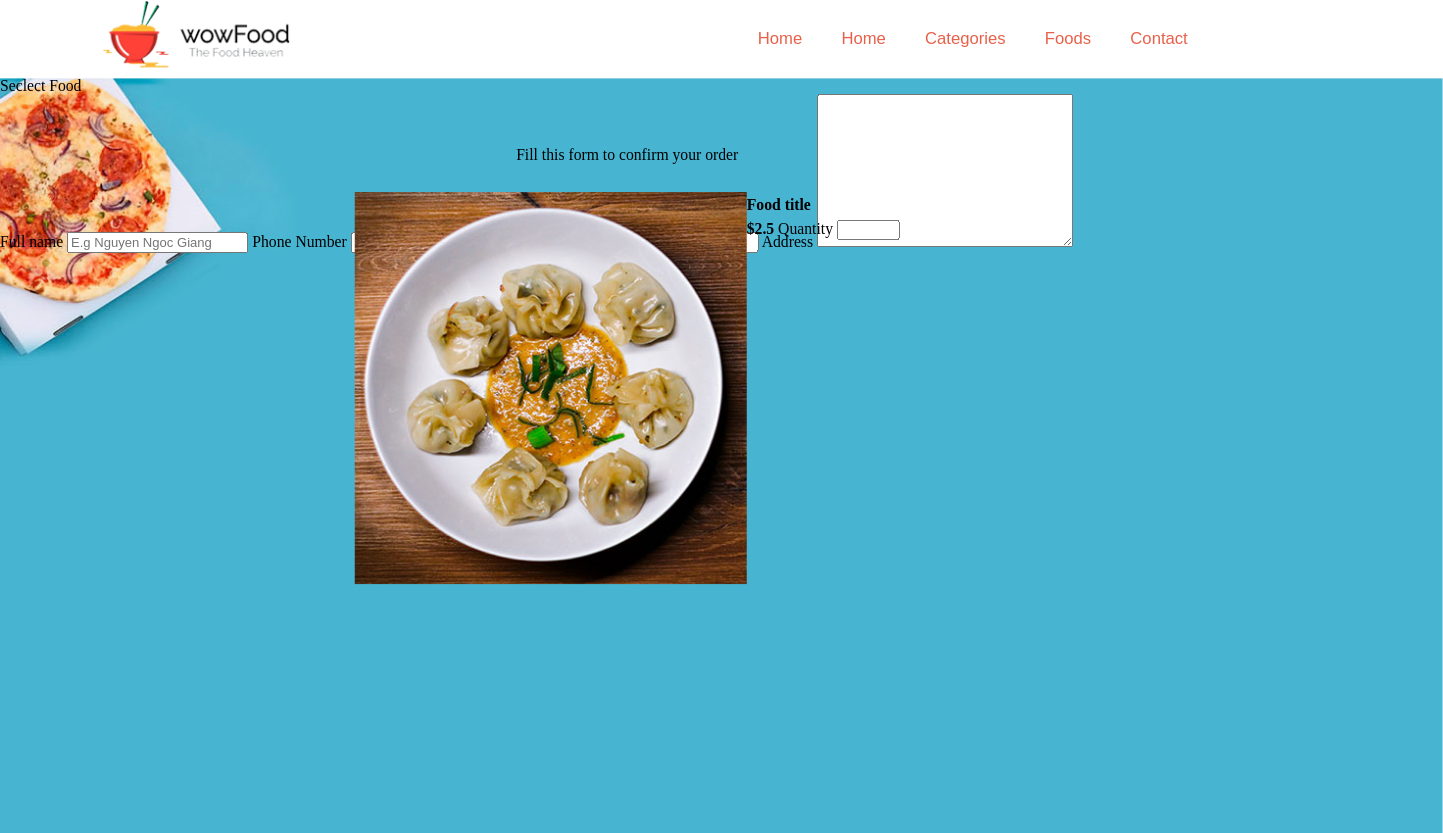
Repository: ruaruababa/WowFood
Page: order.html
The author's editor kept a copy of each file at every save. The page is drawn from the files as they stood at one save, then again after the next save.
The browser window is 1280 px wide. The page is 1472 px wide, so the pictures cover 1472 px, including what lies to the right of the window. The pictures show the whole page, at 98% of full size.

Above is the page before, as saved 2021-09-19 22:03:28.

### order.html
<!DOCTYPE html>
<html lang="en">

<head>
    <meta charset="UTF-8">
    <meta http-equiv="X-UA-Compatible" content="IE=edge">
    <meta name="viewport" content="width=device-width, initial-scale=1.0">
    <title>Order Food</title>
    <link rel="stylesheet" href="./style.css">
    <link rel="stylesheet" href="./reset.css">
    <link rel="stylesheet" href="./order.css">
</head>

<body>
    <nav>
        <input type="checkbox" id="check" />
        <label for="check" class="checkbtn">
            <i class="fas fa-bars"></i>
        </label>
        <label class="logo">
            <img src="./img/logo.png" alt="" class="img-logo" />
        </label>
        <ul class="navbar">
            <li><a class="active" href="#">Home</a></li>
            <li><a href="#">Home</a></li>
            <li><a href="#">Categories</a></li>
            <li><a href="#">Foods</a></li>
            <li><a href="#">Contact</a></li>
        </ul>
    </nav>
    <section id=section-order>
        <img src="./bgorder.jpg" alt="" class="bgr" style="position: absolute; z-index: -1;">
        <div class="container-order">
            <form action="">
                <h3 class="title-order">Fill this form to confirm your order</h3>
                <label for="" class="seclect">Seclect Food</label>
                <div class="container-seclect-food">
                    <div class="img-food">
                        <img src="./img/menu-momo.jpg" alt="" class="bgr-item" />
                    </div>
                    <div class="content-food">
                        <h6 class="title-item">Food title</h6>
                        <span class="price-item">$2.5</span>
                        <label for="" class="quantity">Quantity</label>
                        <input type="number" min="1" max="100">
                    </div>
                </div>
                <div class="container-delivery-title">
                    <lable class="full-name">Full name</lable>
                    <input type="text" placeholder="E.g Nguyen Ngoc Giang">
                    <lable class="phone-number">Phone Number</lable>
                    <input type="text" placeholder="E.g Nguyen Ngoc Giang">
                    <lable class="email">Email</lable>
                    <input type="text" placeholder="E.g Nguyen Ngoc Giang">
                    <lable class="Address">Address</lable>
                    <textarea name="address" id="" cols="30" rows="10"></textarea>


                </div>
            </form>
        </div>
    </section>
</body>

</html>

### style.css

li {
  text-decoration: none;
}

a {
  text-decoration: none;
}

nav {
  height: 80px;
  width: 100%;
}

label.logo {
  padding: 0 100px;
}

nav ul {
  float: right;
  margin-right: 50px;
}

nav ul li {
  display: inline-block;
  line-height: 80px;
  margin: 0 5px;
  font-family: "Poppins", sans-serif;
}

nav ul li a {
  color: #e7614a;
  font-size: 17px;
  padding: 7px 13px;
  border-radius: 3px;
}

.checkbtn {
  font-size: 30px;
  color: white;
  float: right;
  line-height: 80px;
  margin-right: 40px;
  cursor: pointer;
  display: none;
}

#check {
  display: none;
}

ul:hover li {
  filter: blur(3px);
  opacity: 0.5;
  transform: scale(0.98);
  box-shadow: none;
}

ul:hover li:hover {
  transform: scale(1.1);
  filter: blur(0px);
  opacity: 1;
  box-shadow: 0 8px 20px 0px rgba(0, 0, 0, 0.125);
}

.container-section-search {
  position: relative;
  text-align: center;
  margin-top: 15px;
}

.background-search {
  height: 250px;
}

.background-search img {
  height: inherit;
  width: 100%;
  object-fit: cover;
}

.form {
  width: 100%;
  position: absolute;
  top: 50%;
  left: 50%;
  transform: translate(-50%, -50%);
  height: 22px;
}

.input-search {
  width: 35%;
  height: inherit;
}

.btn-search {
  background-color: rgba(250, 59, 59, 0.849);
  border: none;
  border-radius: 5px;
  font-size: 14px;
  color: white;
  cursor: pointer;
  padding: 3px;
}

#section-collection {
  position: relative;
}

.container-section-collection {
  height: max-content;
}

.explore-food {
  padding-top: 70px;
  text-align: center;
  font-size: 24px;
  font-family: "Poppins", sans-serif;
}

.collection-food {
  width: 100%;
}

.list-food {
  margin-top: 50px;
  display: flex;
  justify-content: center;
  column-gap: 50px;
}

.list-food li {
  width: 330px;
  height: 400px;
  transition: 0.2s all;
}

.list-food li:hover {
  transform: scale(0.95);
}

.list-food li img {
  width: 100%;
  height: 100%;
  object-fit: cover;
  border-radius: 10px;
}

.list-food li span {
  font-family: "Poppins", sans-serif;
  display: block;
  font-size: 20px;
  text-align: center;
  color: #ffffff;
  margin-top: -50px;
}

article {
  background-color: #ececec;
}

.title-food-menu {
  padding-top: 70px;
  font-size: 24px;
  text-align: center;
  font-family: "Poppins", sans-serif;
}

.container-menu {
  padding-top: 50px;
  display: grid;
  grid-gap: 20px;
  grid-template-columns: repeat(auto-fit, minmax(550px, 1fr));
  grid-auto-rows: 180px;
  justify-items: center;
  font-family: "Poppins", sans-serif;
}

.container-item:nth-child(odd) {
  justify-self: end;
}

.container-item:nth-child(even) {
  justify-self: start;
}

.container-item {
  background-color: #ffffff;
  display: flex;
  align-items: center;
  border-radius: 15px;
}

.container-item img {
  width: 25%;
  height: 70%;
  object-fit: cover;
  border-radius: 15px;
  margin: 0 28px;
}

.container-item .item-content {
  width: 100%;
  height: 70%;
  object-fit: cover;
  border-radius: 15px;
  margin: 0 28px;
}

.item-content {
  display: inline-block;
}

.title-item {
  font-size: 16px;
  font-weight: bold;
  line-height: 25px;
}

.price-item {
  line-height: 25px;
  font-weight: bold;
}

.des-item {
  font-size: 14px;
  line-height: 20px;
  color: #747d9c;
}

.oder-item {
  text-decoration: none;
  background-color: #f56b81;
  color: white;
  border-radius: 5px;
  padding: 3px;
  display: inline-block;
}

.footer-food-menu {
  margin-top: 30px;
}

.see-all-foods {
  display: block;
  text-align: center;
  text-decoration: none;
  color: #f56b81;
  padding-bottom: 50px;
  font-family: "Poppins", sans-serif;
  transition: 0.2s all;
}

.see-all-foods:hover {
  text-decoration: underline;
  transform: scale(1.1);
}

.social-network-icon {
  display: flex;
  justify-content: center;
  margin-top: 30px;
}

.icon-insta {
  margin: 0 30px;
}

.license {
  margin-top: 40px;
  margin-bottom: 30px;
  font-family: "Poppins", sans-serif;
}

.license p {
  text-align: center;
}

.license p a {
  text-decoration: none;
  color: #e7614a;
}

@media (max-width: 952px) {
  label.logo {
    padding-left: 50px;
  }

  nav ul li a {
    font-size: 16px;
  }

  .container-item:nth-child(odd) {
    justify-self: center;
  }

  .container-item:nth-child(even) {
    justify-self: center;
  }
}

@media (max-width: 858px) {
  i {
    color: black;
  }

  .checkbtn {
    display: block;
  }

  .navbar {
    position: fixed;
    width: 100%;
    height: 250px;
    left: -100%;
    text-align: center;
    transition: all 0.5s;
    z-index: 2;
    background-color: #ffffff;
  }

  nav ul li {
    display: block;
    margin: 10px 0;
    line-height: 30px;
  }

  nav ul li a {
    font-size: 20px;
  }

  #check:checked ~ ul {
    left: 0;
  }

  .container-section-collection {
    height: max-content;
  }
}

section {
  position: relative;
}
@media (max-width: 858px) {
   .container-menu {
    padding-top: 50px;
    display: grid;
    grid-gap: 20px;
    grid-template-columns: repeat(auto-fit, minmax(550px, 1fr));
    grid-auto-rows: 180px;
    justify-items: center;
    font-family: "Poppins", sans-serif;
  }
}

@media (max-width: 414px) {
  label img {
    margin-left: -50px;
  }
  i.fa-bars {
    margin-right: -20px;
  }
  .navbar {
    position: fixed;
    width: 414px;
    height: 250px;
    left: -100%;
    text-align: center;
    transition: all 0.5s;
    z-index: 2;
    background-color: #ffffff;
  }

  nav ul li {
    display: block;
    margin: 10px 0;
    line-height: 30px;
  }

  nav ul li a {
    font-size: 20px;
  }

  #check:checked ~ ul {
    left: 0;
  }
  .list-food {
    display: flex;
    flex-direction: column;
    gap: 15px;
  }

  .item {
    align-self: center;
  }

  .container-menu {
    padding-top: 50px;
    display: grid;
    grid-gap: 20px;
    grid-template-columns: repeat(auto-fit, minmax(375px, 1fr));
    grid-auto-rows: 180px;
    justify-items: center;
    font-family: "Poppins", sans-serif;
  }
}

@media (max-width: 375px) {
  label img {
    margin-left: -50px;
  }
  i.fa-bars {
    margin-right: -20px;
  }
  .navbar {
    position: fixed;
    width: 375px;
    height: 250px;
    left: -100%;
    text-align: center;
    transition: all 0.5s;
    z-index: 2;
    background-color: #ffffff;
  }

  nav ul li {
    display: block;
    margin: 10px 0;
    line-height: 30px;
  }

  nav ul li a {
    font-size: 20px;
  }

  #check:checked ~ ul {
    left: 0;
  }

  .list-food {
    display: flex;
    flex-direction: column;
    gap: 15px;
  }

  .item {
    align-self: center;
  }

  .container-menu {
    padding-top: 50px;
    display: grid;
    grid-gap: 20px;
    grid-template-columns: repeat(auto-fit, minmax(375px, 1fr));
    grid-auto-rows: 180px;
    justify-items: center;
    font-family: "Poppins", sans-serif;
  }
  @media (max-width: 320px) {
  label img {
    margin-top: -70px;
    margin-left: -50px;
    padding-bottom: 10px;
  }
  i.fa-bars {
    margin-right: -20px;
    padding-top: 20px;
  }
  .navbar {
    position: fixed;
    width: 320px;
    height: 250px;
    left: -100%;
    text-align: center;
    transition: all 0.5s;
    z-index: 2;
    background-color: #ffffff;
    margin-top: -5px;
  }

  nav ul li {
    display: block;
    margin: 10px 0;
    line-height: 30px;
  }

  nav ul li a {
    font-size: 20px;
  }

  #check:checked ~ ul {
    left: 0;
  }

  .list-food {
    display: flex;
    flex-direction: column;
    gap: 15px;
  }

  .item {
    align-self: center;
  }

  .container-menu {
    padding-top: 50px;
    display: grid;
    grid-gap: 20px;
    grid-template-columns: repeat(auto-fit, minmax(319px, 1fr));
    grid-auto-rows: 180px;
    justify-items: center;
    font-family: "Poppins", sans-serif;
  }
}

/* article{
  position: relative;
  top: 200px;
} */

### order.css
.container-order{
    position: relative;
}
.title-order{
    position: absolute;
    left: 50%;
    transform: translateX(-50%);
    padding-top: 70px;
}
.container-seclect-food{
    display: flex;
    position: absolute;
    left: 50%;
    transform: translateX(-50%);
    margin-top: 100px;
}

Loaded but not shown: reset.css (common file)

After the next save:
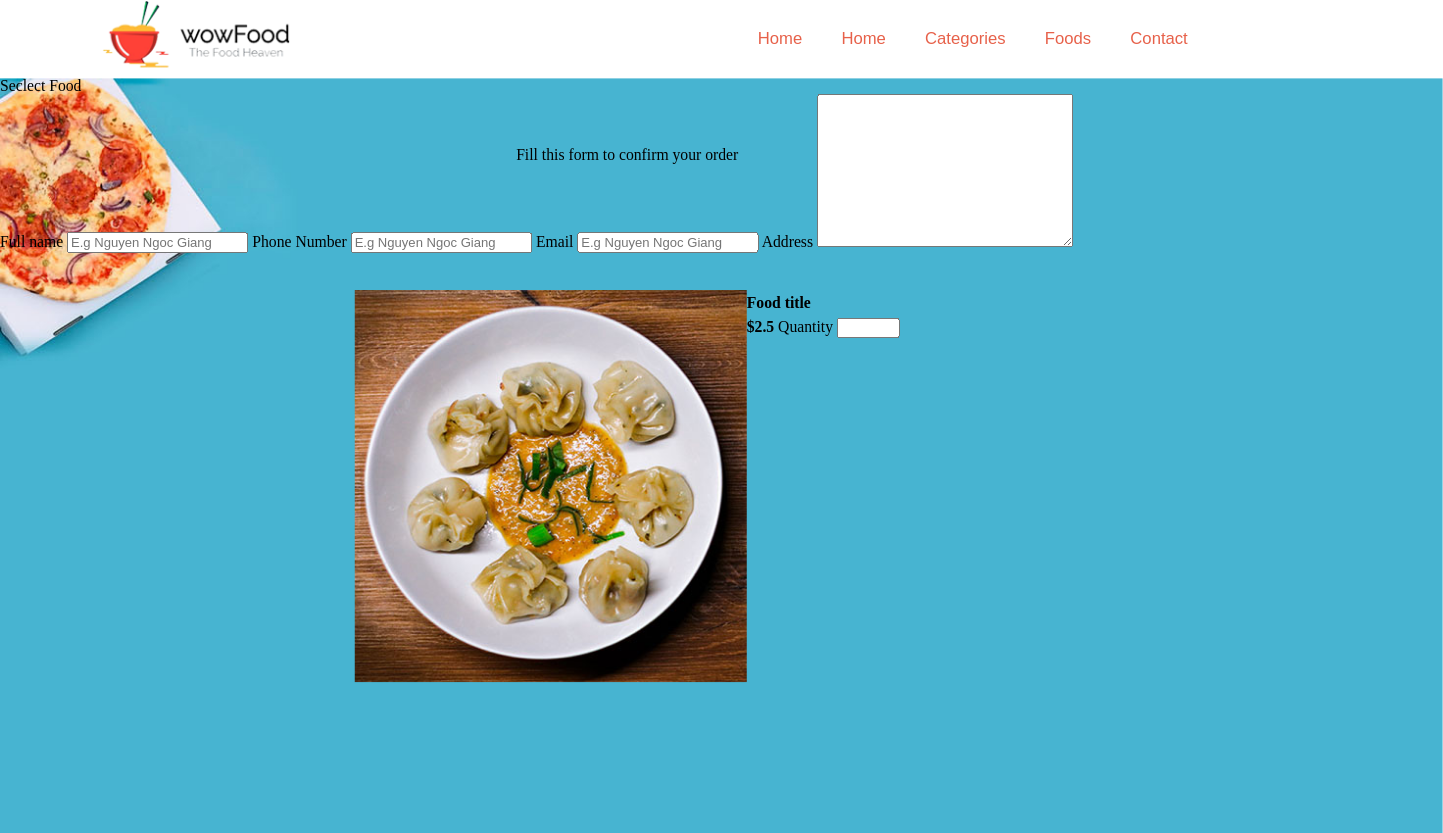
Saved 8 s later.
--- a/order.css
+++ b/order.css
@@ -12,5 +12,5 @@
     position: absolute;
     left: 50%;
     transform: translateX(-50%);
-    margin-top: 100px;
+    margin-top: 200px;
 }
